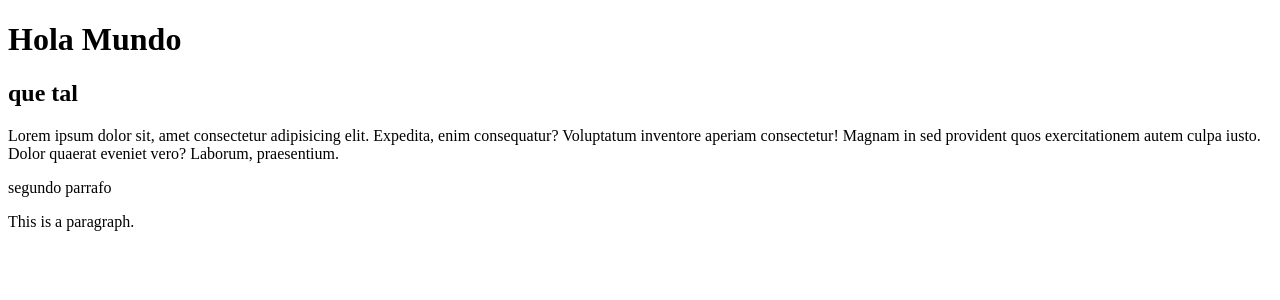
Repository: Devbenitez/Gen_30
Page: Gen_30/Maquetado/Clase1/index.html
The author's editor kept a copy of each file at every save. The page is drawn from the files as they stood at one save, then again after the next save.
The browser window is 1280 px wide. The pictures show the whole page.

Above is the page before, as saved 2023-11-07 21:34:06.

After the next save:
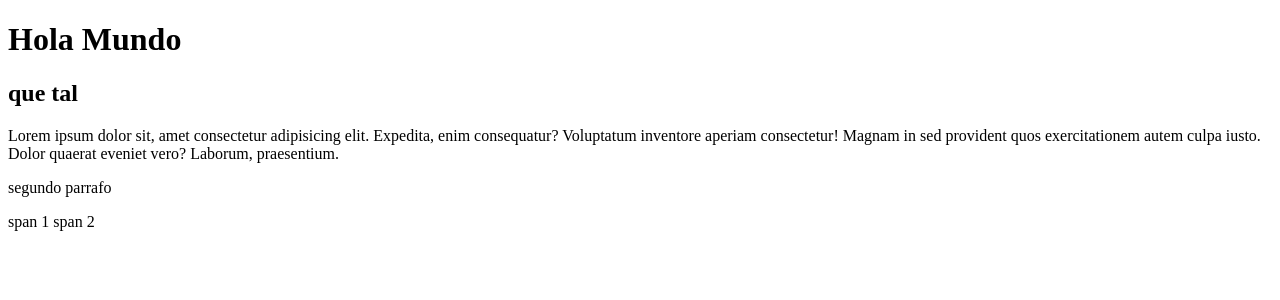
Saved 57 s later.
--- a/Gen_30/Maquetado/Clase1/index.html
+++ b/Gen_30/Maquetado/Clase1/index.html
@@ -23,9 +23,8 @@
 
     <p>Lorem ipsum dolor sit, amet consectetur adipisicing elit. Expedita, enim consequatur? Voluptatum inventore aperiam consectetur! Magnam in sed provident quos exercitationem autem culpa iusto. Dolor quaerat eveniet vero? Laborum, praesentium.</p>
     <p>segundo parrafo</p>
+    <span>span 1</span>
+    <span>span 2</span>
 </main>
-
-<p>This is a paragraph.</p>
-
 </body>
 </html>
